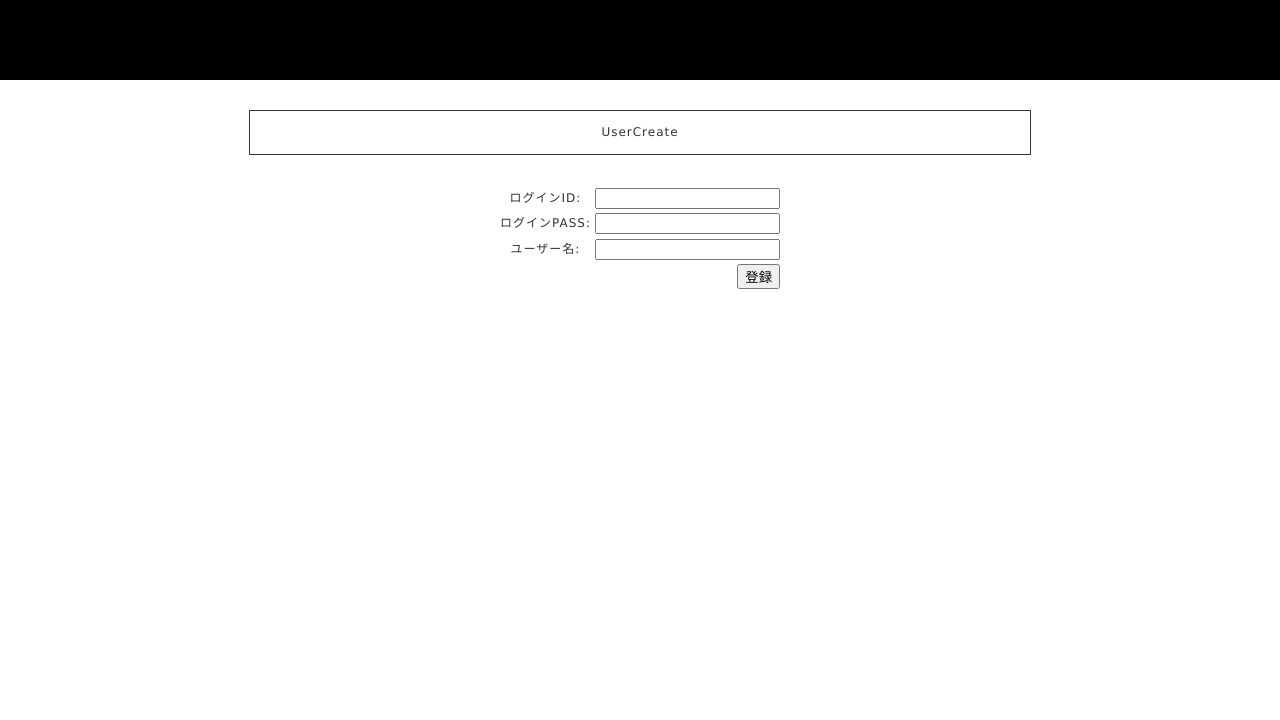
Repository: SNMAGNET/backup
Page: http://localhost/template/UserCreateAction.action
The author's editor kept a copy of each file at every save. The page is drawn from the files as they stood at one save, then again after the next save.
The browser window is 1280 px wide. The pictures show the whole page.
The page is served by Tomcat 9.

Above is the page before, as saved 2018-01-16 06:55:37.

After the next save:
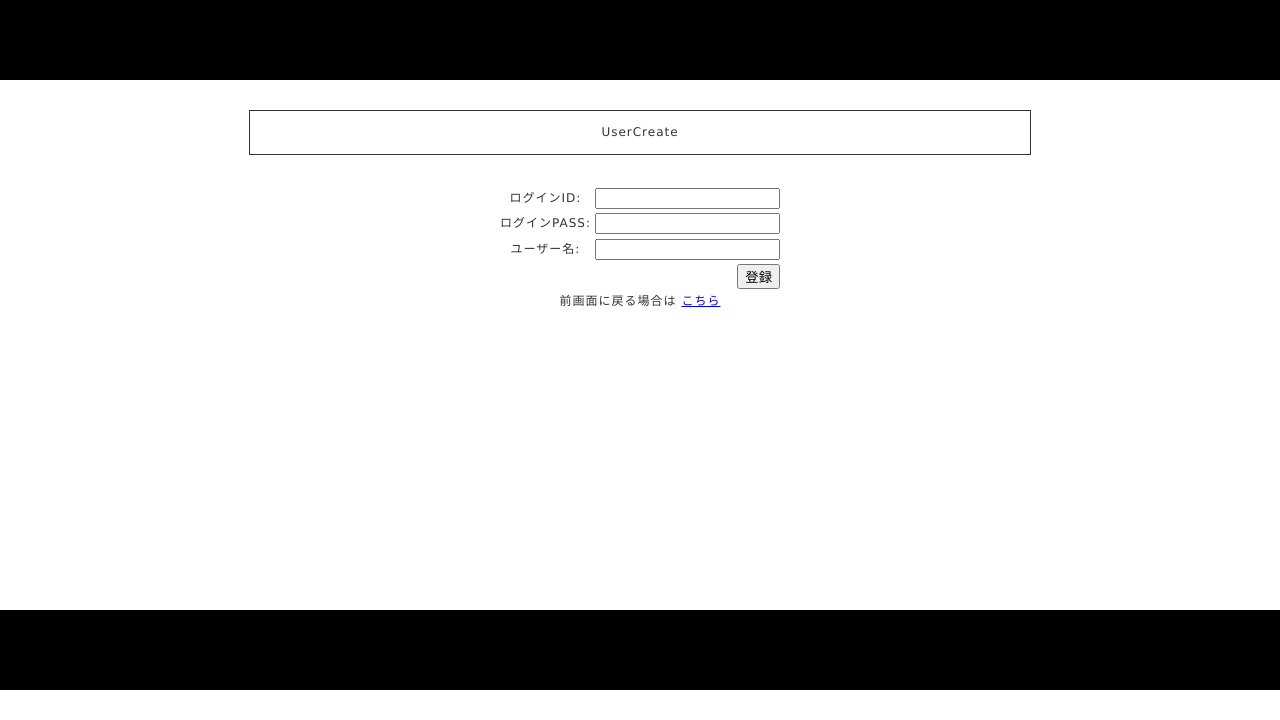
Saved 9 s later.
--- a/template/WebContent/userCreate.jsp
+++ b/template/WebContent/userCreate.jsp
@@ -123,3 +123,22 @@ clear:both;
 
 </s:form>
 </table>
+<div>
+
+<span>前画面に戻る場合は</span>
+<a href='<s:url action="HomeAction" />'>こちら</a>
+
+</div>
+
+</div>
+
+</div>
+<div id="footer">
+
+<div id="pr">
+</div>
+
+</div>
+
+</body>
+</html>
